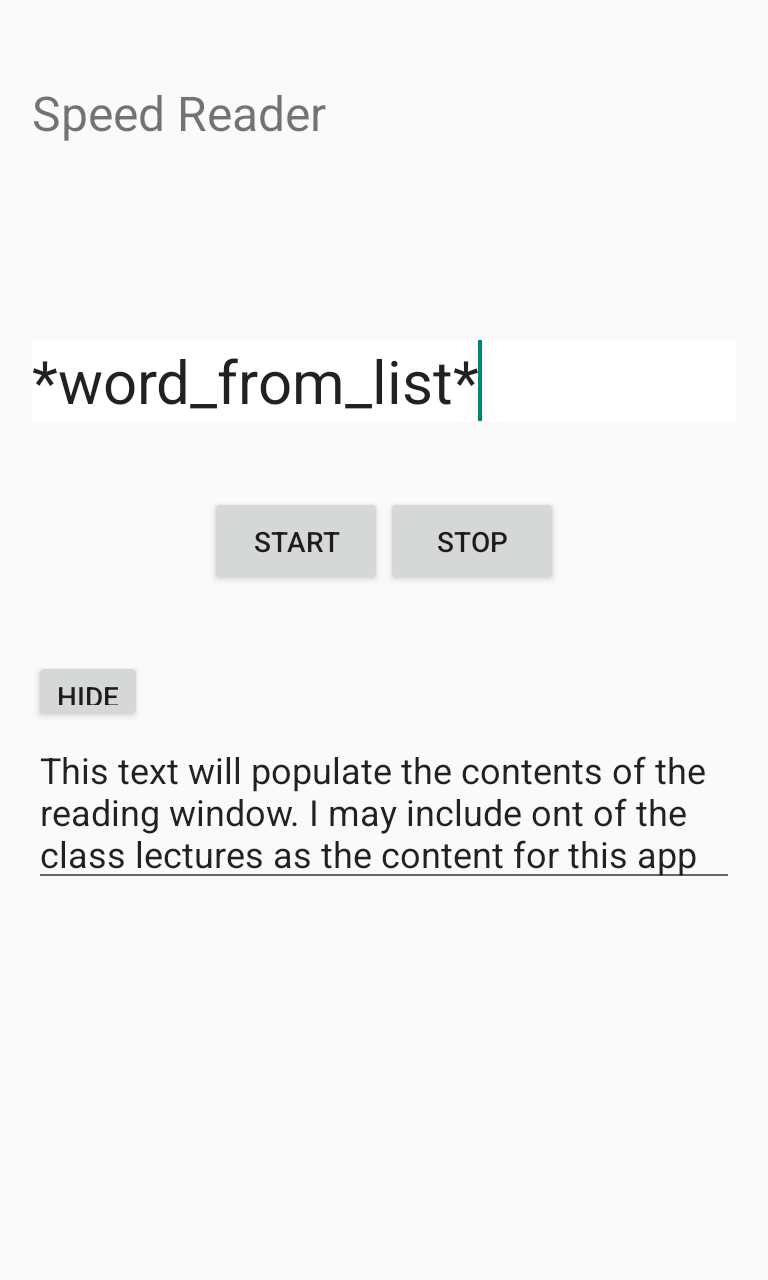
Repository: hdemby/workspace
Layout: SpeedReader/res/layout/activity_main.xml
The author's editor kept a copy of each file at every save. The layout is drawn from the files as they stood at one save, then again after the next save.
It is drawn on a 768 x 1280 px phone screen (xhdpi) without system bars, with theme AppTheme; the app's code is not run.

Above is the layout before, as saved 2014-12-03 18:32:28.

After the next save:
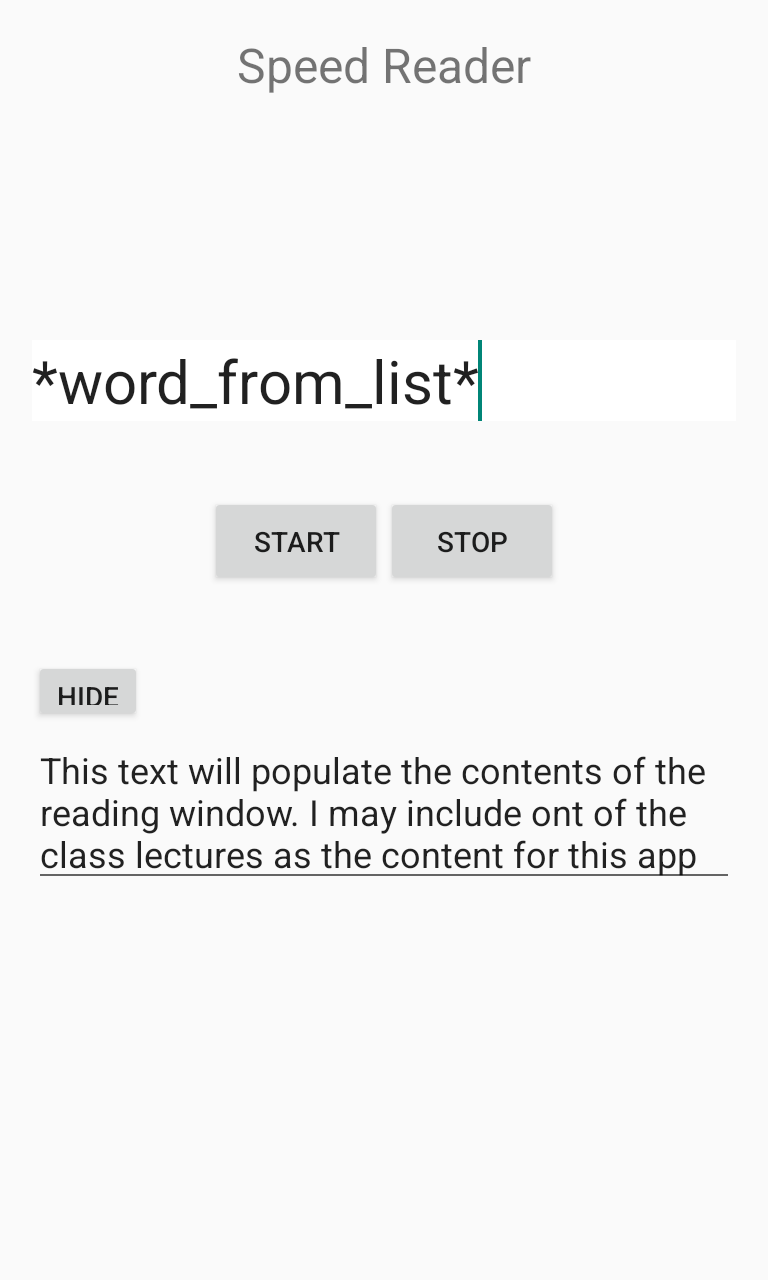
Saved 5 min 27 s later.
--- a/SpeedReader/res/layout/activity_main.xml
+++ b/SpeedReader/res/layout/activity_main.xml
@@ -7,14 +7,6 @@
     android:paddingRight="@dimen/activity_horizontal_margin"
     android:paddingTop="@dimen/activity_vertical_margin"
     tools:context="coursera.speedreader.MainActivity" >
-
-    <TextView
-        android:id="@+id/textView1"
-        android:layout_width="wrap_content"
-        android:layout_height="wrap_content"
-        android:layout_marginTop="24dp"
-        android:text="@string/app_name"
-        android:textSize="24sp" />
 
     <LinearLayout
         android:id="@+id/linearLayout1"
@@ -89,4 +81,13 @@
             android:text="@string/content_text" />
     </LinearLayout>
 
+    <TextView
+        android:id="@+id/textView1"
+        android:layout_width="wrap_content"
+        android:layout_height="wrap_content"
+        android:layout_alignParentTop="true"
+        android:layout_centerHorizontal="true"
+        android:text="@string/app_name"
+        android:textSize="24sp" />
+
 </RelativeLayout>
